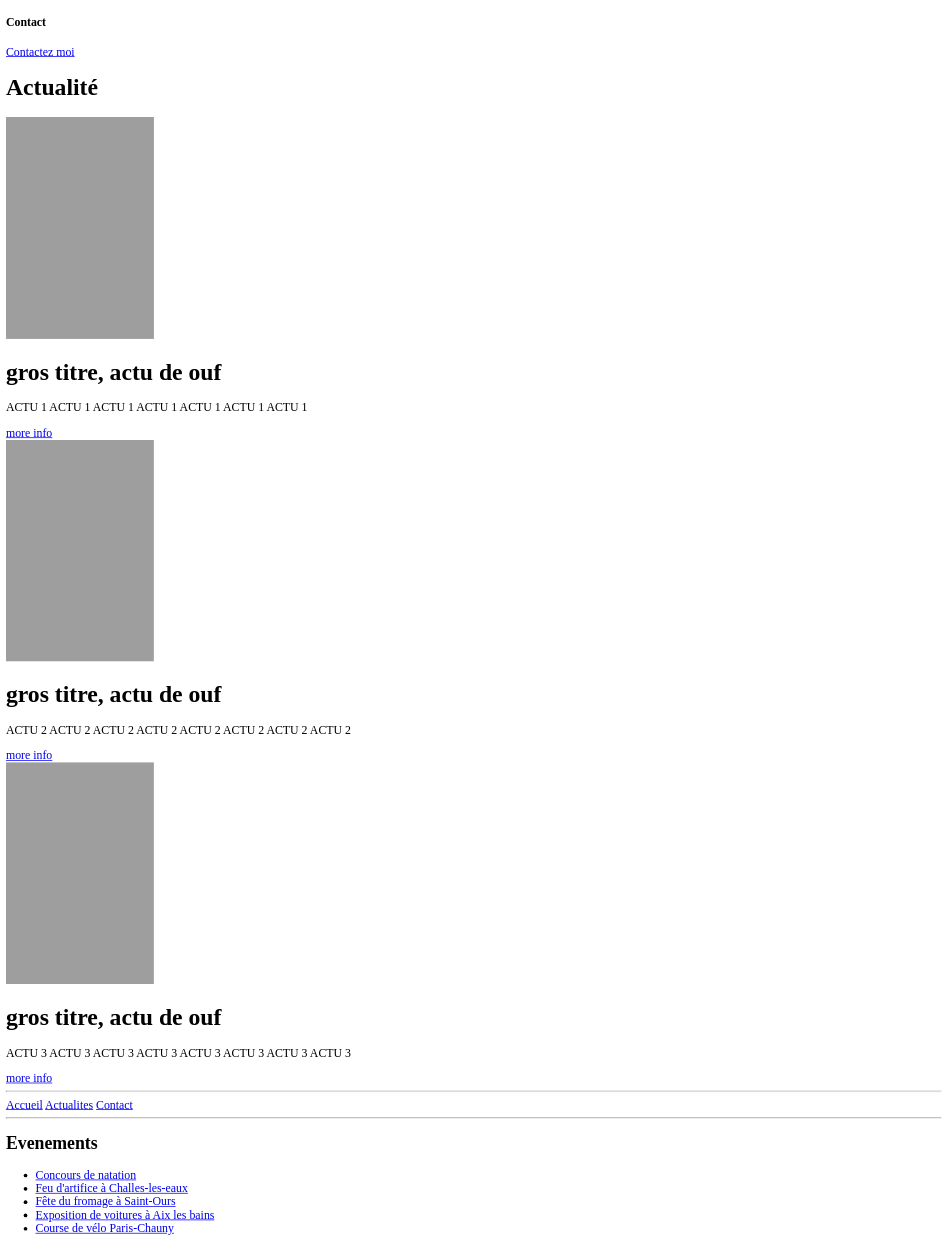
Repository: Mini-T/git-course
Page: index.html
These files come from the project's save history. The page is drawn as it stood at one moment and after the next save; the edit follows.
The browser window is 1280 px wide. The pictures show the whole page, at 74% of full size.
Pictures or frames that could not be fetched are drawn as grey boxes.

Above is the page before, as saved 2022-09-26 16:00:31.

### index.html
<!DOCTYPE html>
<html>
    <head>
        <title>Accueil</title>
    </head>
    <body>
        <h4>Contact</h4>
        <a href="contact.html">Contactez moi</a>
        <div>
            <h1>Actualité</h1>
            <div>
                <img src="https://picsum.photos/200/300?random=1" />
                <div>
                  <h1>gros titre, actu de ouf</h1>
                  <p>ACTU 1 ACTU 1 ACTU 1 ACTU 1 ACTU 1 ACTU 1 ACTU 1</p>
                  <a href="./single-actualite_1.html">more info</a>
                </div>
              </div>
              <div>
                <img src="https://picsum.photos/200/300?random=2" alt="actu" />
                <div>
                  <h1>gros titre, actu de ouf</h1>
                  <p>ACTU 2 ACTU 2 ACTU 2 ACTU 2 ACTU 2 ACTU 2 ACTU 2 ACTU 2</p>
                  <a href="./single-actualite_2.html">more info</a>
                </div>
              </div>
              <div>
                <img src="https://picsum.photos/200/300?random=3" alt="actu" />
                <div>
                  <h1>gros titre, actu de ouf</h1>
                  <p>ACTU 3 ACTU 3 ACTU 3 ACTU 3 ACTU 3 ACTU 3 ACTU 3 ACTU 3</p>
                  <a href="./single-actualite_3.html">more info</a>
                </div>
              </div>
        </div>
        <div>
            <div>
                <hr>
                <a href="../index.html">Accueil</a>
                <a href="../actualites/actualite.html">Actualites</a>
                <a href="../contact.html">Contact</a>
                <hr>
            </div>
            <div>
                <h2>Evenements</h2>

                <ul>
                    <li><a href="concours.html">Concours de natation </a></li>
                    <li><a href="feu.html">Feu d'artifice à Challes-les-eaux</a></li>
                    <li><a href="fromage.html">Fête du fromage à Saint-Ours</a></li>
                    <li><a href="exposition_voiture.html">Exposition de voitures à Aix les bains</a></li>
                    <li><a href="course_velo.html">Course de vélo Paris-Chauny</a></li>

                </ul>
            </div>

    </body>
</html>

After the next save:
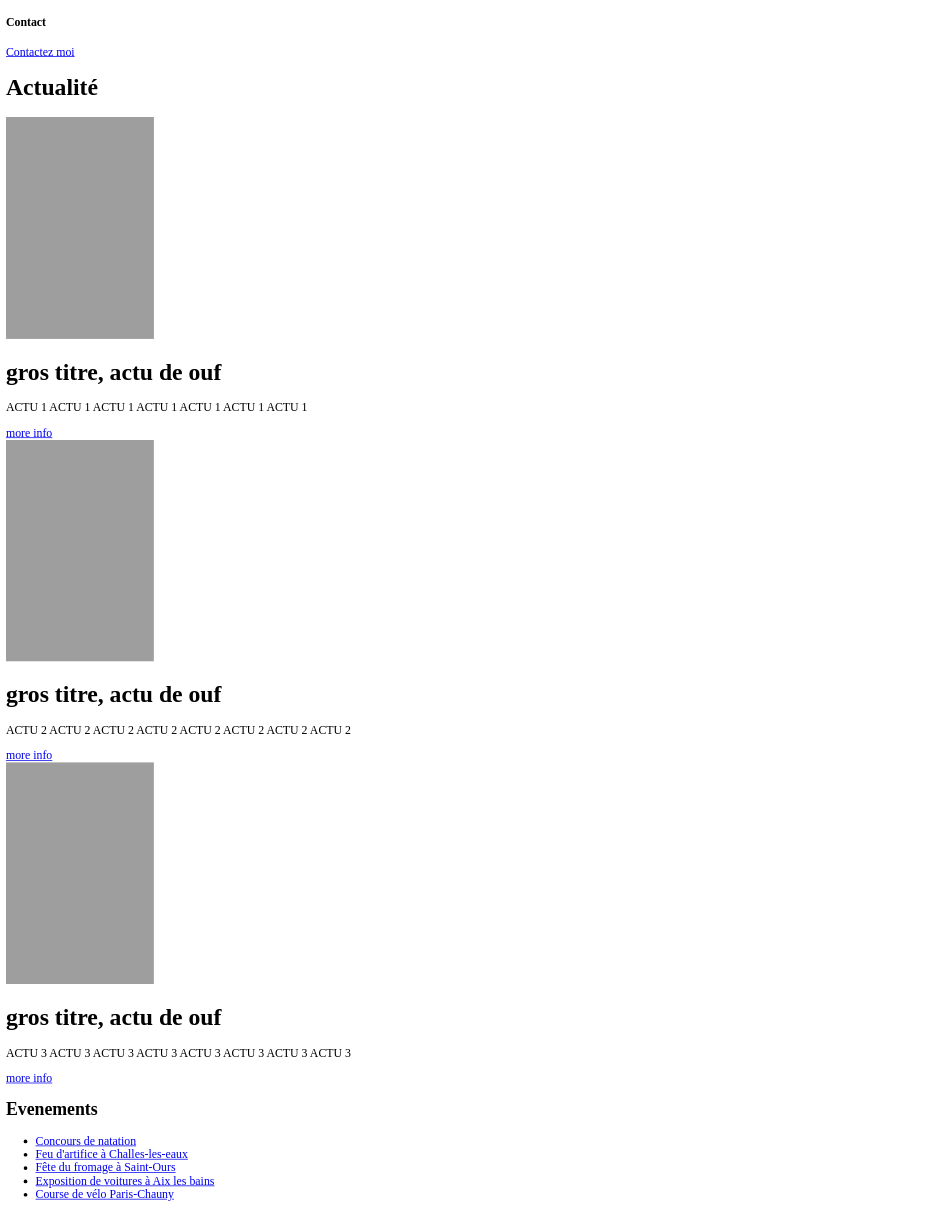
Saved 11 s later.
--- a/index.html
+++ b/index.html
@@ -35,13 +35,6 @@
         </div>
         <div>
             <div>
-                <hr>
-                <a href="../index.html">Accueil</a>
-                <a href="../actualites/actualite.html">Actualites</a>
-                <a href="../contact.html">Contact</a>
-                <hr>
-            </div>
-            <div>
                 <h2>Evenements</h2>
 
                 <ul>
